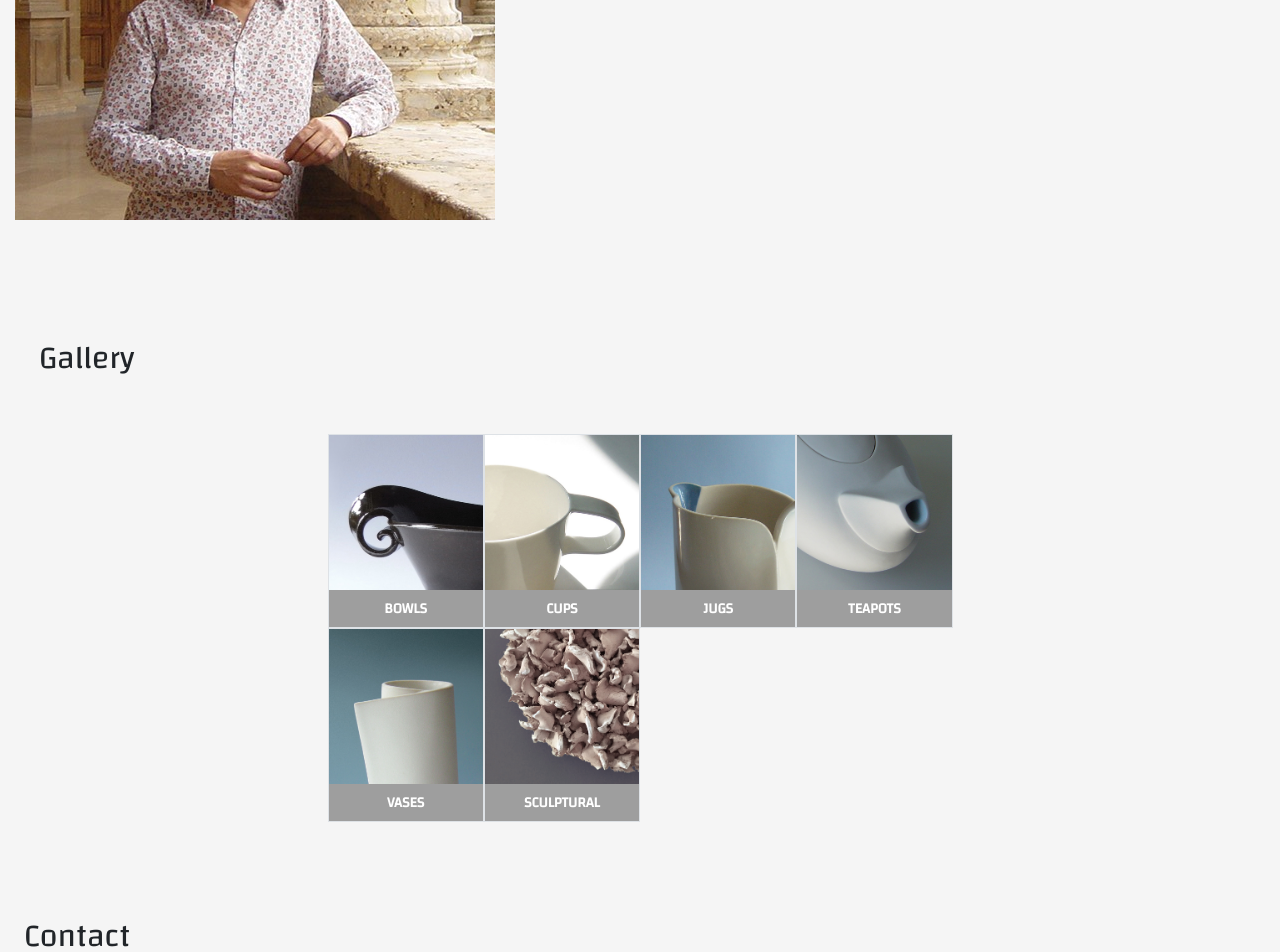
Repository: ManrOsca/ceramics
Page: MDB/index3.html
The author's editor kept a record of every edit. The page is drawn from the files as they stood at one moment, then again after the next edit.
The browser window is 1280 px wide. The pictures show the part of the page from y = 1356 to 2308 px (the page is 2531 px tall before and 2435 px after).
A picture or video elsewhere on the page could not be fetched, so the positions and the page height are approximate.

Above is the page before.

### MDB/index3.html
<!DOCTYPE html>
<html lang="en">

<head>
    <meta charset="utf-8">
    <meta name="viewport" content="width=device-width, initial-scale=1, shrink-to-fit=no">
    <meta http-equiv="x-ua-compatible" content="ie=edge">
    <title>
        <p class="changa text-uppercase">ITALO MANRIQUE - ceramics</p>
    </title>
    <!-- Font Awesome -->
    <link rel="stylesheet" href="https://maxcdn.bootstrapcdn.com/font-awesome/4.7.0/css/font-awesome.min.css">
    <!-- Bootstrap core CSS -->
    <link href="css/bootstrap.min.css" rel="stylesheet">
    <!-- Material Design Bootstrap -->
    <link href="css/mdb.min.css" rel="stylesheet">
    <!-- Your custom styles (optional) -->
    <link rel="stylesheet" href="css/animate.css" type="text/css" />
    <link href="https://fonts.googleapis.com/css?family=Changa" rel="stylesheet">
    <link href="css/style.css" rel="stylesheet">
</head>

<body class="grey lighten-4">
    <!--Main Navigation-->
    <header class="fixed-top">

        <h2 class="changa grey lighten-4 py-4 px-4">Italo Manrique</h2>
        <nav class="navbar navbar-expand-lg navbar-light grey lighten-2">

            <button class="navbar-toggler" type="button" data-toggle="collapse" data-target="#navbarText" aria-controls="navbarText" aria-expanded="false" aria-label="Toggle navigation">
                <span class="navbar-toggler-icon"></span>
            </button>
            <div class="collapse navbar-collapse" id="navbarText">
                <ul class="navbar-nav mr-auto">
                    <li class="nav-item">
                        <a class="nav-link changa" href="index3.html#home">Home</a>
                    </li>
                    <li class="nav-item">
                        <a class="nav-link changa" href="index3.html#about">About</a>
                    </li>
                    <li class="nav-item">
                        <a class="nav-link changa" href="index3.html#gallery">Gallery</a>
                    </li>
                    <li class="nav-item">
                        <a class="nav-link changa" href="index3.html#contact">Contact</a>
                    </li>
                </ul>
            </div>
        </nav>
    </header>
    <!--Main Navigation-->

    <!--Main layout-->
    <main>
        <span class="anchor" id="home"></span>
        <home>
            <div class="landing-text">
                <img src="img/home.jpg" class="container-fluid"></img>
                <p class="px-4 pb-4">Lorem ipsum dolor sit amet, consectetur adipisicing elit.</p>
            </div>

        </home>
        <!--
        <section id="about">
            <about class="px-4">
                <h2 class="px-4">About</h2>
                <div class="row container-fluid">
                    <div class="col-sm-6">
                        <img src="img/about.jpeg"></img>
                    </div>
                    <div class="col-sm-6">
                        <br> <br><br><br><br>
                        <p class="changa">
                            Lorem ipsum dolor sit amet, consectetuer adipiscing elit, sed diam nonummy nibh euismod tincidunt ut laoreet dolore magna aliquam erat volutpat. Ut wisi enim ad minim veniam, quis nostrud exerci tation ullamcorper suscipit lobortis nisl ut aliquip ex
                            ea commodo consequat. Duis autem vel eum iriure dolor in hendrerit in vulputate velit esse molestie consequat, vel illum dolore eu feugiat nulla facilisis at vero eros et accumsan .
                        </p>
                    </div>
                </div>
            </about>
        </section>

-->
         <span class="anchor" id="about"></span>
        <section>
            <div class="container-fluid">
                <h2 class="px-4 py-4">About</h2>
                <div class="row">
                    <div class="col-sm-6">
                        <img src="img/about.jpeg"></img>
                    </div>
                    <div class="col-sm-6">
                        <br> <br><br><br><br>
                        <p class="changa">
                            Lorem ipsum dolor sit amet, consectetuer adipiscing elit, sed diam nonummy nibh euismod tincidunt ut laoreet dolore magna aliquam erat volutpat. Ut wisi enim ad minim veniam, quis nostrud exerci tation ullamcorper suscipit lobortis nisl ut aliquip ex
                            ea commodo consequat. Duis autem vel eum iriure dolor in hendrerit in vulputate velit esse molestie consequat, vel illum dolore eu feugiat nulla facilisis at vero eros et accumsan .
                        </p>
                    </div>
                </div>
            </div>
        </section>

         <span class="anchor" id="gallery"></span>
        <section>
            <div class="container-fluid animated zoomInRight">
                <br><br><br><br>

                <h2 class="px-4 py-4">Gallery</h2><br>

                <div class="row mx-auto"  style="width: 50%;" >
                    <div class="col-sm-4 col-lg-3">
                        <a href="index3.html#gallery">
                            <div class="img-thumbnail">
                                <img src="img/gallery-menu-bowls.jpg" alt="bowls" class="img-fluid"></img>
                        </a>
                        <figcaption class="figure-caption grey text-center py-2 px-1">Bowls</figcaption>
                        </div>
                    </div>

                    <div class="col-sm-4 col-lg-3 px-0">
                        <a href="index3.html#gallery">
                            <div class="img-thumbnail">
                                <img src="img/gallery-menu-cups.jpg" alt="cups" class="img-fluid"></img>
                        </a>
                        <figcaption class="figure-caption grey text-center py-2 px-1">Cups</figcaption>
                        </div>
                    </div>

                    <div class="col-sm-4 col-lg-3 px-0">
                        <a href="gallery3.html#jugs">
                            <div class="img-thumbnail">
                                <img src="img/gallery-menu-jugs.jpg" alt="jugs" class="img-fluid"></img>
                        </a>
                        <figcaption class="figure-caption grey text-center py-2 px-1">Jugs</figcaption>
                        </div>
                    </div>

                    <div class="col-sm-4 col-lg-3 px-0">
                        <a href="gallery3.html#teapots">
                            <div class="img-thumbnail">
                                <img src="img/gallery-menu-teapots.jpg" alt="teapots" class="img-fluid"></img>
                        </a>
                        <figcaption class="figure-caption grey text-center py-2 px-1">Teapots</figcaption>
                        </div>
                    </div>

                    <div class="col-sm-4 col-lg-3 px-0">
                        <a href="index3.html#gallery">
                            <div class="img-thumbnail">
                                <img src="img/gallery-menu-vases.jpg" alt="vases" class="img-fluid"></img>
                        </a>
                        <figcaption class="figure-caption grey text-center py-2 px-1">Vases</figcaption>
                        </div>
                    </div>

                    <div class="col-sm-4 col-lg-3 px-0">
                        <a href="index3.html#gallery">
                            <div class="img-thumbnail">
                                <img src="img/gallery-menu-sculptural.jpg" alt="sculptural" class="img-fluid"></img>
                        </a>
                        <figcaption class="figure-caption grey text-center py-2 px-1">Sculptural</figcaption>
                        </div>
                    </div>
                </div>




            </div>
            <!-- container -->
        </section>

        <span class="anchor" id="contact"></span>
        <section>
            <contact class="container-fluid">
                <br><br><br><br>
                <h2 class="px-4">Contact</h2>
                <p class="px-4">
                    Lorem ipsum dolor sit amet, consectetuer adipiscing elit, sed diam nonummy nibh euismod tincidunt ut laoreet dolore magna aliquam erat volutpat. Ut wisi enim ad minim veniam, quis nostrud exerci tation ullamcorper suscipit lobortis nisl ut aliquip ex
                    ea commodo consequat. Duis autem vel eum iriure dolor in hendrerit in vulputate velit esse molestie consequat, vel illum dolore eu feugiat nulla facilisis at vero eros et accumsan et iusto odio dignissim qui blandit praesent luptatum
                    zzril delenit augue duis dolore te feugait nulla facilisi. Nam liber tempor cum soluta nobis eleifend option congue nihil imperdiet doming id quod mazim placerat facer possim assum. Typi non habent claritatem insitam; est usus legentis
                    in iis qui facit eorum claritatem. Investigationes demonstraverunt lectores legere me lius quod ii legunt saepius. Claritas est etiam processus dynamicus, qui sequitur mutationem consuetudium lectorum. Mirum est notare quam littera
                    gothica, quam nunc putamus parum claram, anteposuerit litterarum formas humanitatis per seacula quarta decima et quinta decima. Eodem modo typi, qui nunc nobis videntur parum clari, fiant sollemnes in futurum.
                </p>


            </contact>
        </section>
        </div>
        <!--Main container-->

    </main>
    <!--Main layout-->

    <!--Footer-->
    <footer>

    </footer>
    <!--Footer-->






    <!-- SCRIPTS -->
    <!-- JQuery -->
    <script type="text/javascript" src="js/jquery-3.2.1.min.js"></script>
    <!-- Bootstrap tooltips -->
    <script type="text/javascript" src="js/popper.min.js"></script>
    <!-- Bootstrap core JavaScript -->
    <script type="text/javascript" src="js/bootstrap.min.js"></script>
    <!-- MDB core JavaScript -->
    <script type="text/javascript" src="js/mdb.min.js"></script>
</body>

</html>

### MDB/css/style.css
/* Your custom styles */

.changa {
    font-family: 'Changa', sans-serif;
}
/*
.col-sm-4 {
padding: 2px;
}
    */
.grey-text {
  color: #9e9e9e !important;
}
html body {
  font-family: 'Changa', sans-serif;
}

.figure-caption {
  font-size: 90%;
  color: #fff;
  text-transform: uppercase;
  font-weight: 600;
}
.img-thumbnail {
  border-radius: 0;
  padding: 0px !important;
  background-color: inherit;
}
.img-thumbnail img {
  max-height: 100%;
  max-width: 100%;
}

nav {
  margin-top: -0.50em;
}
.col-lg-2, .col-sm-4 {
  padding-left: 0px;
  padding-right: 0px;
}
/*
html,
body,
header,
#intro {
  height: 100%;
}

.home-bg {
   background: url("../img/home.jpg") no-repeat center center fixed;
    background-size: cover;
    -webkit-background-size: cover;
    -moz-background-size: cover;
    -o-background-size: cover;
}
.landing-text {
    text-align: center;
    position: absolute;
    top: 50%;
    left: 50%;
    transform: translate(-50%, -50%);
    color: grey;
}
   */

.push-down-10 {
  padding-top: 10rem;
}
.push-down-5{
  padding-top: 5rem;
}

.push-down-20 {
  padding-top: 20rem;
}
.img-thumbnail {
  max-width: none;
}

thumbnail {
  padding: 1rem;
}

div a img {
  width: 100%;
  display:block;
}
gallery {
  width:100%;
  display:flex;
  flex-flow: row wrap;
}

/*
html,
body,
header,
#intro {
  height: 100%;
}
#intro{
  background: url("img/home.jpeg") no-repeat center center fixed;
  -webkit-background-size: cover;
  -moz-background-size: cover;
  -o-background-size: cover;
  background-size: cover;
}
@import url('https://fonts.googleapis.com/css?family=Yantramanav:100');
@import url('https://fonts.googleapis.com/css?family=Montserrat:400');
    */


/*--- Media Queries --
@media screen and (max-width: 900px) {

}
@media screen and (max-width: 768px) {

}
@media screen and (max-width: 480px) {

}
*/

Loaded but not shown: MDB/css/bootstrap.min.css (library); MDB/css/mdb.min.css (library); MDB/css/animate.css (library); MDB/js/jquery-3.2.1.min.js (library); MDB/js/popper.min.js (library); MDB/js/bootstrap.min.js (library); MDB/js/mdb.min.js (library)

After the next edit:
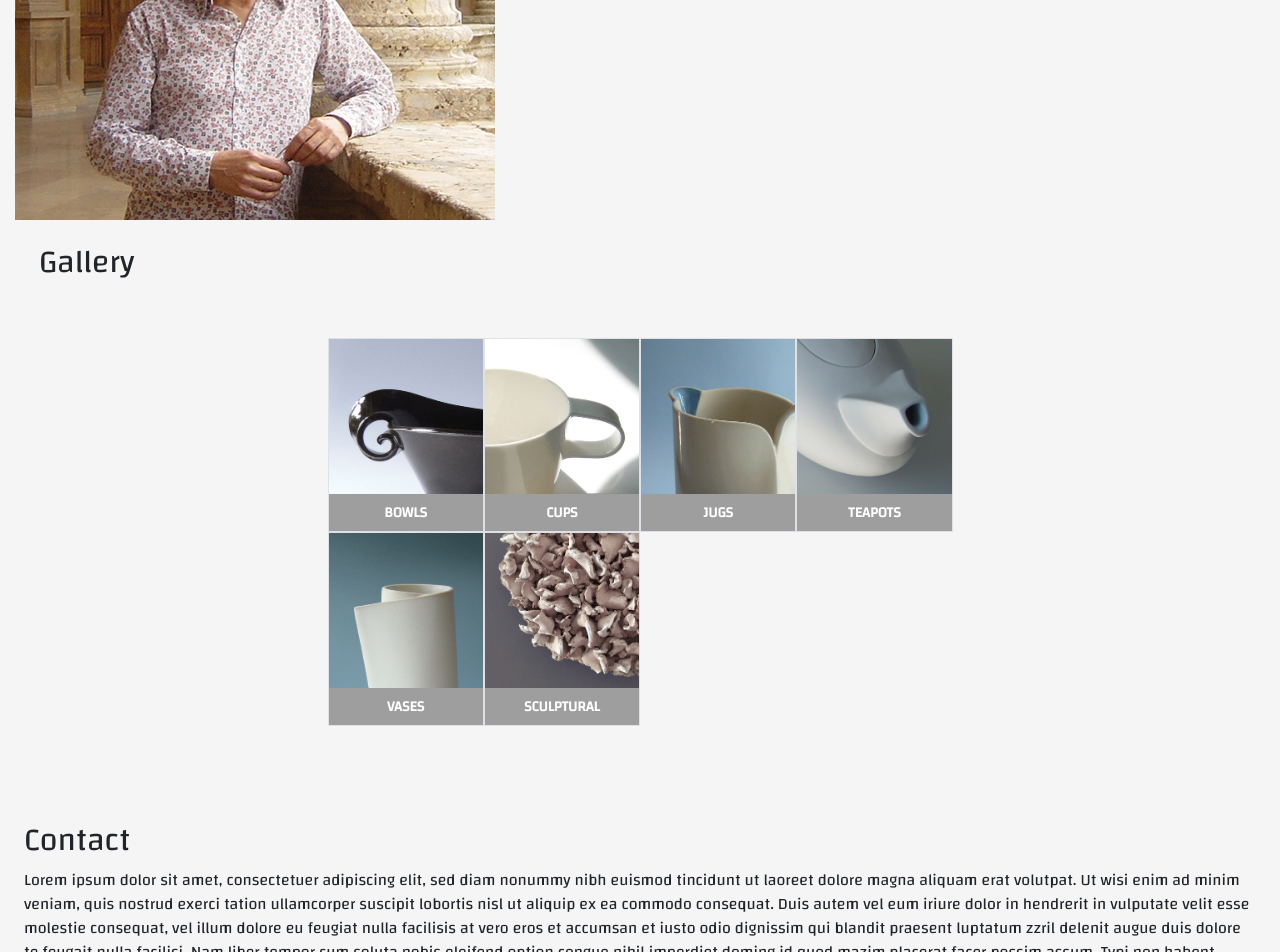
The edit:
--- a/MDB/index3.html
+++ b/MDB/index3.html
@@ -102,7 +102,6 @@
          <span class="anchor" id="gallery"></span>
         <section>
             <div class="container-fluid animated zoomInRight">
-                <br><br><br><br>
 
                 <h2 class="px-4 py-4">Gallery</h2><br>
 
